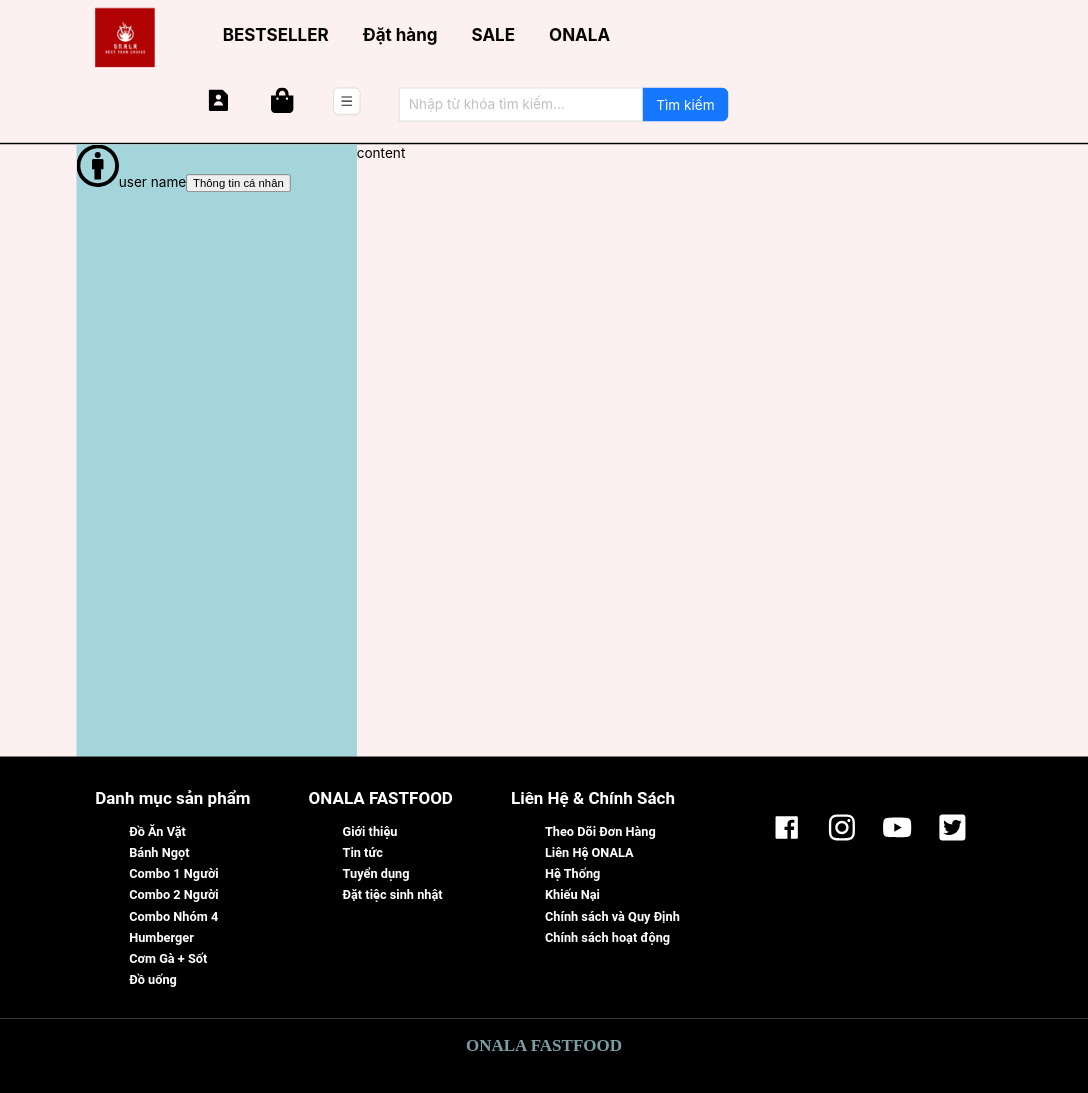
Repository: tranlan149/ONALA
Page: /account
These files come from the project's save history. The page is drawn as it stood at one moment and after the next save; the edit follows.
The browser window is 1280 px wide. The pictures show the whole page, at 85% of full size.
The project was rebuilt for these pictures with package versions that can differ from the ones it lists, and the page was loaded fresh each time. Also part of the build but not shown: src/Components/Search/Search.css, src/Pages/BestSeller/index.js, src/Pages/ONALA/index.js, src/Pages/Sale/index.js, src/Pages/Recommend/index.js, src/Pages/Register/RegisterForm.module.css, src/Pages/Register/index.js, src/Pages/Login/LoginForm.module.css and 12 more.

Above is the page before, as saved 2025-02-11 16:06:08.

### src/App.js
import { Route, Routes } from 'react-router-dom';
import './App.css';
import Layout from './Layout';
import BestSeller from './Pages/BestSeller';
import ONALA from './Pages/ONALA';
import Sale from './Pages/Sale';
import Recommend from './Pages/Recommend';
import Register from './Pages/Register';
import Login from './Pages/Login';
import Order from './Pages/Order';
import Cart from './Pages/Cart';
import Home from './Pages/Home';
import AccountPage from './Pages/Account';

function App() {
  return (
    <>
      <Routes>
          <Route path='/' element={<Layout/>}>
            <Route path='/' element={<Home/>} />
            <Route path='/bestseller' element={<BestSeller/>} />
            <Route path='/account' element={<AccountPage/>} />
            <Route path='/recommend' element={<Recommend/>} />
            <Route path='/order' element={<Order/>} />
            <Route path='/cart' element={<Cart/>} />
            <Route path='/onala' element={<ONALA/>} />
            <Route path='sale' element={<Sale/>} />
            <Route path= 'register' element = {<Register/>}/>

          </Route>





      </Routes>
    </>
  );
}

export default App;

### src/App.css
.App {
  text-align: center;
}

.App-logo {
  height: 40vmin;
  pointer-events: none;
}

@media (prefers-reduced-motion: no-preference) {
  .App-logo {
    animation: App-logo-spin infinite 20s linear;
  }
}

.App-header
{
  background-color: #282c34;
  min-height: 100vh;
  display: flex;
  flex-direction: column;
  align-items: center;
  justify-content: center;
  font-size: calc(10px + 2vmin);
  color: white;
}
.layout_main {
  background-color: #FCF0F0;
}

.App-link {
  color: #61dafb;
}

@keyframes App-logo-spin {
  from {
    transform: rotate(0deg);
  }
  to {
    transform: rotate(360deg);
  }
}

### src/Layout/index.js
import { Outlet } from "react-router-dom";
import {  NavLink } from "react-router-dom";
import logo from "../image/logo.png"
import { RiFileUserFill } from "react-icons/ri";
import { FaShoppingBag } from "react-icons/fa";
import { BiLogoFacebookSquare } from "react-icons/bi";
import { FaInstagram } from "react-icons/fa";
import { FaYoutube } from "react-icons/fa";
import { FaTwitterSquare } from "react-icons/fa";
import SearchBar from '../Components/Search/Search'
import './style.css';

import MenuDropdown from "../Components/dropdown/MenuDropdown";

function Layout(){
    return(
        <>
            <div className='layout'>
                <header className="layout_header">
                    <div className='layout_logo'>
                        <NavLink to='/'>
                            <img src={logo} alt="logo" style={{height:'70px ', width:'70px '}}/>
                        </NavLink>

                    </div>
                    <div className='layout_menu_1'>
                        <ul>
                            <li>
                                <NavLink to='/bestseller'>BESTSELLER</NavLink>
                            </li>
                            <li>
                                <NavLink to='/order'>Đặt hàng </NavLink>
                            </li>
                            <li>
                                <NavLink to='/sale'>SALE</NavLink>
                            </li>
                            <li>
                                <NavLink to='/onala'>ONALA </NavLink>
                            </li>
                        </ul>
                    </div>
                    <div className='layout_menu_2'>
                        <ul>
                            <li>
                                <NavLink to='/account'>
                                    <RiFileUserFill style={{color:'#000 ', fontSize:'30px'}}/>
                                </NavLink>
                            </li>
                            <li>
                                <NavLink to='/cart'>
                                    <FaShoppingBag style={{color:'#000 ', fontSize:'30px'}}/>
                                </NavLink>
                            </li>

                            <li>

                                <MenuDropdown style={{color:'#000 ', fontSize:'30px'}}/>

                            </li>
                            <li>
                                <SearchBar style={{color:'#000000'}}/>
                            </li>
                        </ul>
                    </div>
                </header>
                <main className="layout_main"><Outlet/></main>
                <footer className="layout_footer" >
                    <div className="footer_1">
                        <h2>Danh mục sản phẩm</h2>
                        <ul>
                            <li>
                                <NavLink to='/'>Đồ Ăn Vặt</NavLink>
                            </li>
                            <li>
                                <NavLink to='/'>Bánh Ngọt</NavLink>
                            </li>
                            <li>
                                <NavLink to='/'>Combo 1 Người</NavLink>
                            </li>
                            <li>
                                <NavLink to='/'>Combo 2 Người</NavLink>
                            </li>
                            <li>
                                <NavLink to='/'>Combo Nhóm 4</NavLink>
                            </li>
                            <li>
                                <NavLink to='/'>Humberger</NavLink>
                            </li>
                            <li>
                                <NavLink to='/'>Cơm Gà + Sốt</NavLink>
                            </li>
                            <li>
                                <NavLink to='/'>Đồ uống</NavLink>
                            </li>
                        </ul>

                    </div>
                    <div className="footer_1">
                        <h2>ONALA FASTFOOD</h2>
                        <ul>
                            <li>
                                <NavLink to='/recommend'>Giới thiệu</NavLink>
                            </li>
                            <li>
                                <NavLink to='/'>Tin tức</NavLink>
                            </li>
                            <li>
                                <NavLink to='/'>Tuyển dụng </NavLink>
                            </li>
                            <li>
                                <NavLink to='/'>Đặt tiệc sinh nhật</NavLink>
                            </li>
                        </ul>
                    </div>
                    <div className="footer_1">
                        <h2>Liên Hệ & Chính Sách </h2>
                        <ul>
                            <li>
                                <NavLink to='/'>Theo Dõi Đơn Hàng</NavLink>
                            </li>
                            <li>
                                <NavLink to='/'>Liên Hệ ONALA</NavLink>
                            </li>
                            <li>
                                <NavLink to='/'>Hệ Thống </NavLink>
                            </li>
                            <li>
                                <NavLink to='/'>Khiếu Nại</NavLink>
                            </li>
                            <li>
                                <NavLink to='/'>Chính sách và Quy Định</NavLink>
                            </li>
                            <li>
                                <NavLink to='/'>Chính sách hoạt động</NavLink>
                            </li>
                        </ul>
                    </div>
                    <div className="footer_2">
                        <ul>
                            <li>
                                <BiLogoFacebookSquare style={{fontSize:'35px'}} />
                            </li>
                            <li>
                                <FaInstagram style={{fontSize:'35px'}}/>
                            </li>
                            <li>
                                <FaYoutube style={{fontSize:'35px'}}/>
                            </li>
                            <li>
                                <FaTwitterSquare style={{fontSize:'35px'}}/>
                            </li>
                        </ul>
                    </div>

                </footer>
                <div style={{background:'#000000', color:'#7AA0A3', textAlign:'center', paddingTop:'20px', paddingBottom:'45px', fontFamily:'Lora', fontSize:'20px', fontWeight:"bold"}}>ONALA  FASTFOOD</div>

            </div>
        </>
    );
}
export default Layout;

### src/Pages/Account/index.js
import Login from "../Login";
import UserManagement from "../UserManagement";
function AccountPage() {
    const isLogin = true;
    return (
        <>
            {isLogin ? <UserManagement/> : <Login/>}
        </>
    );
}

export default AccountPage;

### src/Components/Search/Search.js
import React, { useState } from 'react';
import { Input } from 'antd';
import './Search.css';

const { Search } = Input;

const SearchBar = ({ onSearch }) => {
  return (
    <Search
      placeholder="Nhập từ khóa tìm kiếm..."
      allowClear
      enterButton="Tìm kiếm"
      size="large"
      onSearch={onSearch} // Gọi hàm khi nhấn Enter hoặc nút Tìm kiếm
    />
  );
};

export default SearchBar;

### src/Layout/style.css
.layout{
    box-sizing: border-box;
    margin:0px;
    display: flex;
    flex-direction: column;
    min-height: 100vh;
}
.layout_header{
    display:flex;
    padding-left: 112px;
    padding-right: auto;
    padding-top: 9px;
    padding-bottom: 9px;
    flex-wrap: wrap;
    background-color: #FCF0F0;
    border-bottom: 2px solid #000000;


}
.layout_main {
    flex: 1;
}
.layout_menu_1 > ul {
    display: flex;
    list-style: none ;
    margin-top: 20px;
}

.layout_menu_1 > ul > li{
    margin-left: 40px;
}
.layout_menu_1 > ul > li> a{
    text-decoration: none;
    color: #000;
    font-weight: bold;
    font-size: 20px;
}
.layout_menu_2 {
     margin-left: 90px;
}
.layout_menu_2 > ul{
    display: flex;
    list-style: none ;
    margin-top: 20px;
}

.layout_menu_2 > ul > li{
    margin-right: 45px;
}
.layout_footer{
    display: flex;
    padding-left: 112px;
    padding-right: auto;

    background-color: #000000;
    margin-top: 50px;
    justify-content: space-between;
    padding: 20px 112px;
    background-color: #000;
    color: white;

    margin-top: auto;
}
.footer_1{
    margin-right: 30px;
}
.footer_1 > ul {
    list-style: none;
}
.footer_1 > ul > li{
    margin-top: 5px;
}
.footer_1 > ul > li > a{
    text-decoration: none;
    color:#fff;
    font-size: 15px;
    font-family: Roboto;

}
.footer_1 > h2{
    font-size: 20px;
    font-family: Roboto;
}
.footer_2 > ul{
    display: flex;
    list-style: none;
    padding-top: 30px;
}
.footer_2 > ul > li{
    margin-right: 30px;


}

### src/Components/dropdown/MenuDropdown.js
import { Menu, Dropdown, Button } from "antd";
import { MenuOutlined } from "@ant-design/icons";

const menu = (
  <Menu>
    <Menu.Item key="1">
        <h2>Danh mục sản phẩm</h2>
        <ul>
            <li>Đồ Ăn Vặt</li>
            <li>Bánh Ngọt</li>
            <li>Combo 1 Người</li>
            <li>Combo 2 Người</li>
            <li>Combo Nhóm 4</li>
            <li>Humberger</li>
            <li>Cơm Gà + Sốt</li>
            <li>Đồ Uống</li>
        </ul>
    </Menu.Item>
    <Menu.Item key="2">
        <h2>ONALA </h2>
        <ul>
            <li>Giới thiệu</li>
            <li>Tin tức </li>
            <li>Tuyển dụng </li>
            <li>Đặt tiệc sinh nhật </li>
        </ul>
    </Menu.Item>
    <Menu.Item key="3">
        <h2>Liên Hệ & Chính Sách </h2>
        <ul>
            <li>Theo Dõi Đơn Hàng </li>
            <li>Liên Hệ ONALA </li>
            <li>Hệ Thống </li>
            <li>Khiếu Nại </li>
            <li>Chính sách và Quy Định</li>
            <li>Chính sách hoạt động </li>
        </ul>
    </Menu.Item>
  </Menu>
);

function MenuDropdown() {
  return (
    <Dropdown overlay={menu} trigger={["click"]}>
      <Button icon={<MenuOutlined />}></Button>
    </Dropdown>
  );
}

export default MenuDropdown;

### src/Pages/DangNhap/style.css

.contentForm {
    margin: 80px 164px;
    display: flex;
    flex-direction: row;
    font-weight: 600;
}
:link {
    font-weight: 600;
}
.formContainer {
    margin-left: 176px;
}
.right-align {
    text-align: right;
    font-size: 20px;
    cursor: pointer;
}

a {
    text-decoration: none;
    color: black;
}
.underlineInput {
    width: 520px;
    border: none;
    border-bottom: 1px solid #000;
    outline: none;
    padding: 8px;
    font-size: 20px;
    background-color: #FCF0F0;

}
:where(.css-dev-only-do-not-override-cdzvx5) .underlineInput:focus,
:where(.css-dev-only-do-not-override-cdzvx5) .underlineInput:hover {

    background-color: #FCF0F0 !important;
}
:where(.css-dev-only-do-not-override-cdzvx5) .retrieveInput {
    background-color: #ffffff !important;
    font-size: 14px ;
    width: 630px;
    border-bottom: 1px solid #E53737;
}
.underlineInput:hover {
    background-color: #FCF0F0;
    border-bottom: 1px solid #4CAF50;

}
.underlineInput:focus,
.underlineInput:focus-within {
    border-bottom-color: #4CAF50;
    background-color: #FCF0F0;

}
.retrieveInput:hover {
    background-color: #ffffff !important;


}
.retrieveInput:focus,
.retrieveInput:focus-within {
    border-bottom-color: #4CAF50 ;
    background-color: #ffffff !important;

}



.ant-input-affix-wrapper,
.ant-input
{
    border-radius: 0 !important;
}

:where(.css-dev-only-do-not-override-cdzvx5) .ant-col-offset-8 {
    margin: 0 !important;
}
:where(.css-dev-only-do-not-override-cdzvx5) .ant-input:focus,
:where(.css-dev-only-do-not-override-cdzvx5).ant-input-outlined:focus,
:where(.css-dev-only-do-not-override-cdzvx5).ant-input-outlined:focus-within,
:where(.css-dev-only-do-not-override-cdzvx5).ant-input-outlined,
:where(.css-dev-only-do-not-override-cdzvx5).ant-input-outlined.ant-input-status-error:not(.ant-input-disabled):focus,
:where(.css-dev-only-do-not-override-cdzvx5).ant-input-outlined.ant-input-status-error:not(.ant-input-disabled):focus,
:where(.css-dev-only-do-not-override-cdzvx5).ant-input-outlined.ant-input-status-error:not(.ant-input-disabled):focus-within,
:where(.css-dev-only-do-not-override-cdzvx5).ant-input-outlined.ant-input-status-error:not(.ant-input-disabled):hover
{
    outline: none;
    box-shadow: none;
}

:where(.css-dev-only-do-not-override-cdzvx5).ant-input-outlined.ant-input-status-error:not(.ant-input-disabled):focus,
:where(.css-dev-only-do-not-override-cdzvx5).ant-input-outlined.ant-input-status-error:not(.ant-input-disabled):focus,
:where(.css-dev-only-do-not-override-cdzvx5).ant-input-outlined.ant-input-status-error:not(.ant-input-disabled):focus-within,
:where(.css-dev-only-do-not-override-cdzvx5).ant-input-outlined.ant-input-status-error:not(.ant-input-disabled):hover {
    background-color: #FCF0F0;
}
:where(.css-dev-only-do-not-override-cdzvx5).ant-input-outlined.ant-input-status-error:not(.ant-input-disabled){
    border: none; /* Bỏ các đường viền mặc định */
    border-bottom: 1px solid #ff4d4f;
    background-color: #FCF0F0;

}
:where(.css-dev-only-do-not-override-cdzvx5).ant-col-8 {
    flex: 0;
}
:where(.css-dev-only-do-not-override-cdzvx5).ant-col-16 {
    max-width: 100% !important;
}
:where(.css-dev-only-do-not-override-cdzvx5).ant-checkbox-wrapper.ant-checkbox-wrapper-in-form-item input[type="checkbox"],
:where(.css-dev-only-do-not-override-cdzvx5).ant-checkbox .ant-checkbox-inner{
    width: 28px;
    height: 28px;
}


.ant-modal .ant-modal-title {
    text-align: center;
    font-size: 20px;
    padding: 0 115px;
}
.ant-modal-body >p {
    text-align: center;
}

### src/Pages/Login/style.css

.contentForm {
    margin: 80px 164px;
    display: flex;
    flex-direction: row;
    font-weight: 600;
}
:link {
    font-weight: 600;
}
.formContainer {
    margin-left: 176px;
}
.right-align {
    text-align: right;
    font-size: 20px;
    cursor: pointer;
}

a {
    text-decoration: none;
    color: black;
}
.underlineInput {
    width: 520px;
    border: none;
    border-bottom: 1px solid #000;
    outline: none;
    padding: 8px;
    font-size: 20px;
    background-color: #FCF0F0;

}
:where(.css-dev-only-do-not-override-cdzvx5) .underlineInput:focus,
:where(.css-dev-only-do-not-override-cdzvx5) .underlineInput:hover {

    background-color: #FCF0F0 !important;
}
:where(.css-dev-only-do-not-override-cdzvx5) .retrieveInput {
    background-color: #ffffff !important;
    font-size: 14px ;
    width: 630px;
    border-bottom: 1px solid #E53737;
}
.underlineInput:hover {
    background-color: #FCF0F0;
    border-bottom: 1px solid #4CAF50;

}
.underlineInput:focus,
.underlineInput:focus-within {
    border-bottom-color: #4CAF50;
    background-color: #FCF0F0;

}
.retrieveInput:hover {
    background-color: #ffffff !important;


}
.retrieveInput:focus,
.retrieveInput:focus-within {
    border-bottom-color: #4CAF50 ;
    background-color: #ffffff !important;

}



.ant-input-affix-wrapper,
.ant-input
{
    border-radius: 0 !important;
}

:where(.css-dev-only-do-not-override-cdzvx5) .ant-col-offset-8 {
    margin: 0 !important;
}
:where(.css-dev-only-do-not-override-cdzvx5) .ant-input:focus,
:where(.css-dev-only-do-not-override-cdzvx5).ant-input-outlined:focus,
:where(.css-dev-only-do-not-override-cdzvx5).ant-input-outlined:focus-within,
:where(.css-dev-only-do-not-override-cdzvx5).ant-input-outlined,
:where(.css-dev-only-do-not-override-cdzvx5).ant-input-outlined.ant-input-status-error:not(.ant-input-disabled):focus,
:where(.css-dev-only-do-not-override-cdzvx5).ant-input-outlined.ant-input-status-error:not(.ant-input-disabled):focus,
:where(.css-dev-only-do-not-override-cdzvx5).ant-input-outlined.ant-input-status-error:not(.ant-input-disabled):focus-within,
:where(.css-dev-only-do-not-override-cdzvx5).ant-input-outlined.ant-input-status-error:not(.ant-input-disabled):hover
{
    outline: none;
    box-shadow: none;
}

:where(.css-dev-only-do-not-override-cdzvx5).ant-input-outlined.ant-input-status-error:not(.ant-input-disabled):focus,
:where(.css-dev-only-do-not-override-cdzvx5).ant-input-outlined.ant-input-status-error:not(.ant-input-disabled):focus,
:where(.css-dev-only-do-not-override-cdzvx5).ant-input-outlined.ant-input-status-error:not(.ant-input-disabled):focus-within,
:where(.css-dev-only-do-not-override-cdzvx5).ant-input-outlined.ant-input-status-error:not(.ant-input-disabled):hover {
    background-color: #FCF0F0;
}
:where(.css-dev-only-do-not-override-cdzvx5).ant-input-outlined.ant-input-status-error:not(.ant-input-disabled){
    border: none; /* Bỏ các đường viền mặc định */
    border-bottom: 1px solid #ff4d4f;
    background-color: #FCF0F0;

}
:where(.css-dev-only-do-not-override-cdzvx5).ant-col-8 {
    flex: 0;
}
:where(.css-dev-only-do-not-override-cdzvx5).ant-col-16 {
    max-width: 100% !important;
}
:where(.css-dev-only-do-not-override-cdzvx5).ant-checkbox-wrapper.ant-checkbox-wrapper-in-form-item input[type="checkbox"],
:where(.css-dev-only-do-not-override-cdzvx5).ant-checkbox .ant-checkbox-inner{
    width: 28px;
    height: 28px;
}


.ant-modal .ant-modal-title {
    text-align: center;
    font-size: 20px;
    padding: 0 115px;
}
.ant-modal-body >p {
    text-align: center;
}

### src/Pages/UserManagement/index.js
import './style.css'
import iconUser from '../../image/iconUser.svg'
import { Link } from 'react-router-dom';
function UserManagement() {
    return (
        <div className="managementContainer">
            <div className="sideBarManagement">
                <div className='userContain'>
                    <span id='userName'>
                        <img src={iconUser} alt='icon'/>
                        user name
                    </span>
                    <Link>
                        <button>Thông tin cá nhân</button>
                    </Link>
                </div>

            </div>
            <div className="contentManagement">
                content
            </div>
        </div>
    );
}

export default UserManagement;

### src/Pages/UserManagement/style.css
.managementContainer {
    display: flex;
    flex-direction: row;
    margin-left: 7%;
}

.sideBarManagement {
    width: 330px;
    background-color: #A3D5DA;
    height: 100vh;
}

.contentManagement {

}

Loaded but not shown: public/index.html (common file); src/index.js (common file); src/index.css (common file); src/reportWebVitals.js (common file)

After the next save:
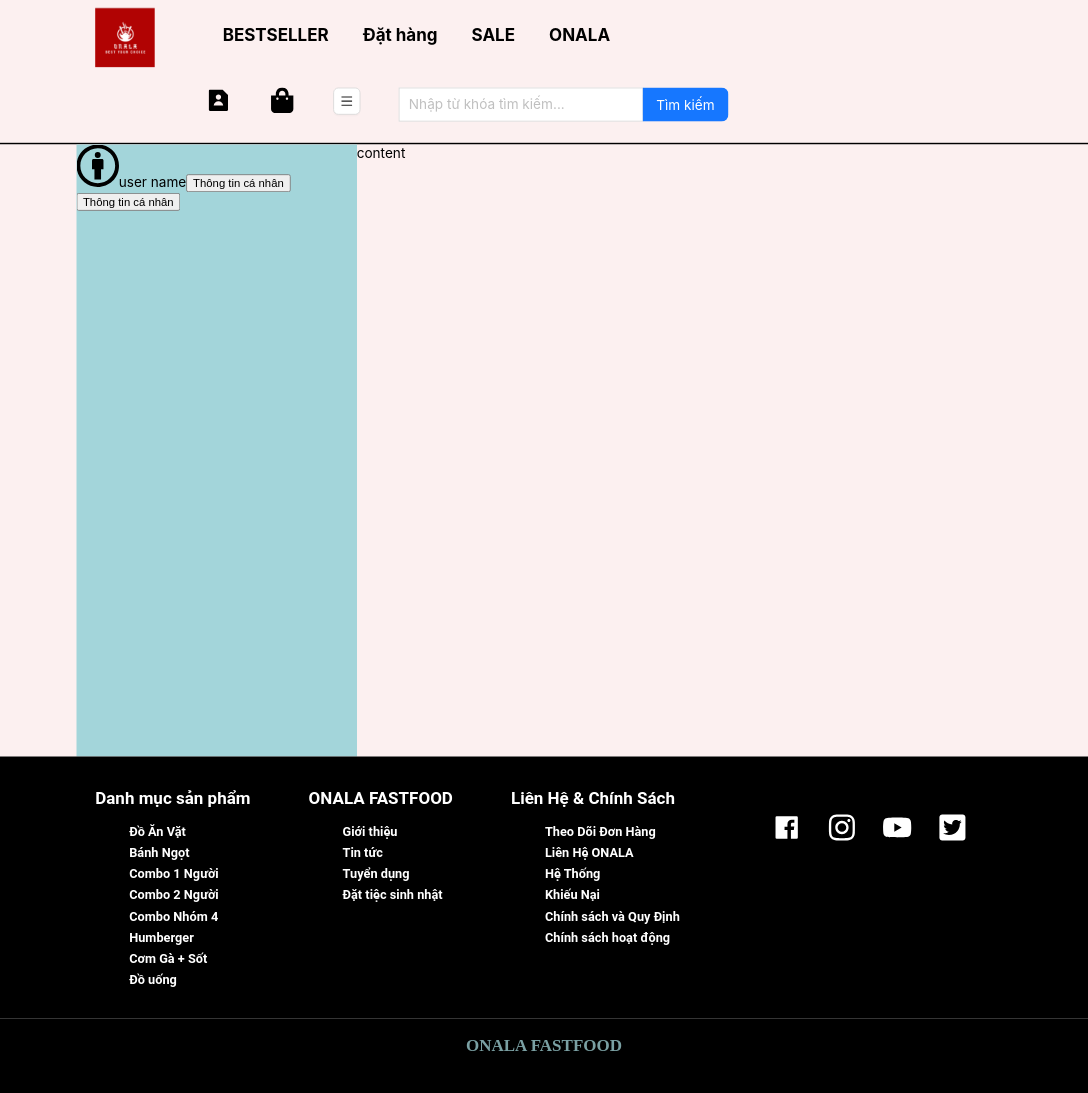
Saved 12 s later.
--- a/src/Pages/UserManagement/index.js
+++ b/src/Pages/UserManagement/index.js
@@ -13,6 +13,9 @@ function UserManagement() {
                     <Link>
                         <button>Thông tin cá nhân</button>
                     </Link>
+                    <Link>
+                        <button>Thông tin cá nhân</button>
+                    </Link>
                 </div>
 
             </div>
